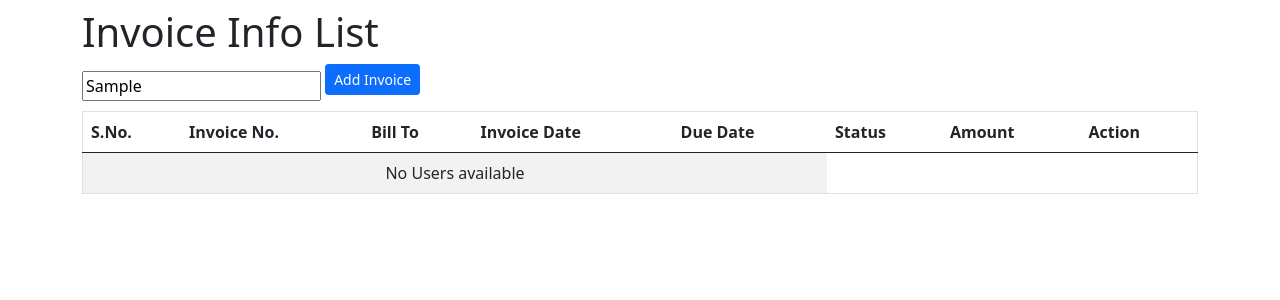
Repository: Aayush13013/Invoice_Management_app
Page: http://localhost/invoiceInfo/WEB-INF/jsp/Home.jsp
The author's editor kept a copy of each file at every save. The page is drawn from the files as they stood at one save, then again after the next save.
The browser window is 1280 px wide. The pictures show the whole page.
Empty fields were first filled with sample values (such as "Sample", 5 or name@example.com).
After loading, the first visible `#myInput` was changed once.
The page is served by Tomcat 9. Nobody is signed in. Other server files are loaded and not shown. The template is opened directly, without the code that normally fills it, so the values that code supplies are empty.

Above is the page before, as saved 2021-12-28 15:36:29.
Console error: TypeError: Cannot read properties of null (reading 'getElementsByTagName')

### invoiceInfo/invoiceInfo/src/main/webapp/WEB-INF/jsp/Home.jsp
<%@ page language="java" contentType="text/html; charset=ISO-8859-1"
	pageEncoding="ISO-8859-1"%>
<%@ taglib prefix="form" uri="http://www.springframework.org/tags/form"%>

<%@ taglib prefix="c" uri="http://java.sun.com/jsp/jstl/core"%>
<%@ taglib uri="http://www.springframework.org/tags" prefix="s"%>

<!doctype html>
<html lang="en" xmlns:th="http://www.thymeleaf.org">
<head>
<meta charset="UTF-8">
<meta name="viewport"
	content="width=device-width, user-scalable=no, initial-scale=1.0, maximum-scale=1.0, minimum-scale=1.0">
<meta http-equiv="X-UA-Compatible" content="ie=edge">
<title>Invoice Info List</title>
<link
	href="https://cdn.jsdelivr.net/npm/bootstrap@5.0.2/dist/css/bootstrap.min.css"
	rel="stylesheet"
	integrity="sha384-EVSTQN3/azprG1Anm3QDgpJLIm9Nao0Yz1ztcQTwFspd3yD65VohhpuuCOmLASjC"
	crossorigin="anonymous">
</head>
<body>
	<c:set value="${invoiceInfoList}" var="userPageList" />
	<div class="container my-2">
		<h1>Invoice Info List</h1>
		<input type="text" id="myInput" onkeyup="searchFunction()" placeholder="Search">
		<a href="http://localhost:9191/openNewInvoiceInfoForm"
			class="btn btn-primary btn-sm mb-3">Add Invoice</a>
		<table border="1" class="table table-striped table-responsive-md" id="searchMe">
			<thead>
				<tr>
					<th>S.No.</th>
					<th>Invoice No.</th>
					<th>Bill To</th>
					<th>Invoice Date</th>
					<th>Due Date</th>
					<th>Status</th>
					<th>Amount</th>
					<th>Action</th>
				</tr>
			</thead>

			<tbody>


				<c:choose>
					<c:when test="${data.size() > 0 }">
						<c:forEach var="invoiceInfo" items="${data}">
							<tr align="center">
								<td>${invoiceInfo.id}</td>
								<td>${invoiceInfo.invoiceNo}</td>
								<td>${invoiceInfo.billTo}</td>
								<td>${invoiceInfo.invoiceDate}</td>
								<td>${invoiceInfo.dueDate}</td>
								<td>${invoiceInfo.status}</td>
								<td>${invoiceInfo.grandTotal}</td>
								<td><a
									href="http://localhost:9191/editInvoiceForm/${invoiceInfo.id}"
									class="btn btn-primary">Edit</a> <a
									href="http://localhost:9191/deleteInvoiceByid/${invoiceInfo.id}"
									class="btn btn-danger">Delete</a></td>

							</tr>
						</c:forEach>
					</c:when>
					<c:otherwise>
						<tr align="center">
							<td colspan="5">No Users available</td>
						</tr>
					</c:otherwise>
				</c:choose>

				<c:if test="${data.size() > 0 }">
					<div class="panel-footer">

						<ul class="pagination">
							<c:forEach begin="0" end="${totalPages-1}" var="page">
								<li class="page-item"><a
									href="showInvoice?page=${page}&size=${size}" class="page-link">${page+1}</a>
								</li>
							</c:forEach>
						</ul>
					</div>
				</c:if>


			</tbody>
			<%-- <tbody>
				<c:forEach var="invoiceInfo" items="${InvoiceInfoList}">
					<tr>
						<td>${invoiceInfo.id}</td>
						<td>${invoiceInfo.invoiceNo}</td>
						<td>${invoiceInfo.billTo}</td>
						<td>${invoiceInfo.invoiceDate}</td>
						<td>${invoiceInfo.dueDate}</td>
						<td>${invoiceInfo.status}</td>
						<td>${invoiceInfo.grandTotal}</td>

						<td><a
							href="http://localhost:9191/editInvoiceForm/${invoiceInfo.id}"
							class="btn btn-primary">Edit</a> <a
							href="http://localhost:9191/deleteInvoiceByid/${invoiceInfo.id}"
							class="btn btn-danger">Delete</a></td>
					</tr>
				</c:forEach>
			</tbody> --%>
		</table>




	</div>
	<script type="text/javascript">


	function searchFunction() {

		  var input, filter, table, tr, td, i, txtValue;
		  input = document.getElementById("myInput");
		  filter = input.value.toUpperCase();
		  table = document.getElementById("myTable");
		  tr = table.getElementsByTagName("tr");


		  for (i = 0; i < tr.length; i++) {
		    td = tr[i].getElementsByTagName("td")[0];
		    if (td) {
		      txtValue = td.textContent || td.innerText;
		      if (txtValue.toUpperCase().indexOf(filter) > -1) {
		        tr[i].style.display = "";
		      } else {
		        tr[i].style.display = "none";
		      }
		    }
		  }
		}



	</script>
</body>
</html>

After the next save:
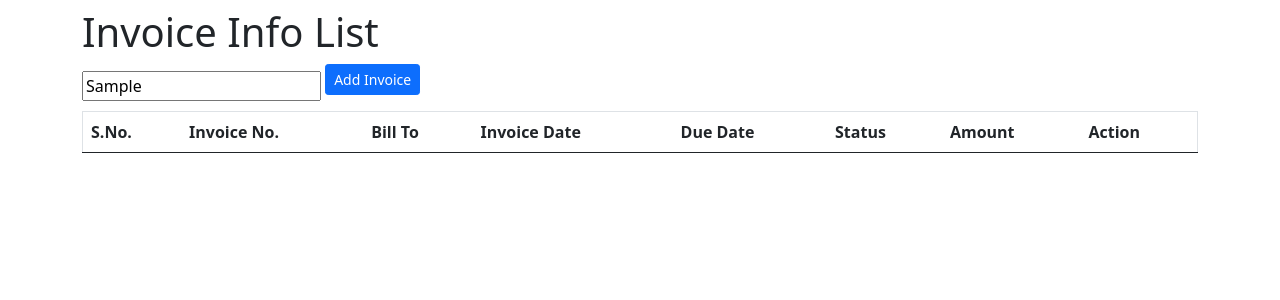
The error is gone.
Saved 18 s later.
--- a/invoiceInfo/invoiceInfo/src/main/webapp/WEB-INF/jsp/Home.jsp
+++ b/invoiceInfo/invoiceInfo/src/main/webapp/WEB-INF/jsp/Home.jsp
@@ -118,7 +118,7 @@
 		  var input, filter, table, tr, td, i, txtValue;
 		  input = document.getElementById("myInput");
 		  filter = input.value.toUpperCase();
-		  table = document.getElementById("myTable");
+		  table = document.getElementById("searchMe");
 		  tr = table.getElementsByTagName("tr");
 
 
